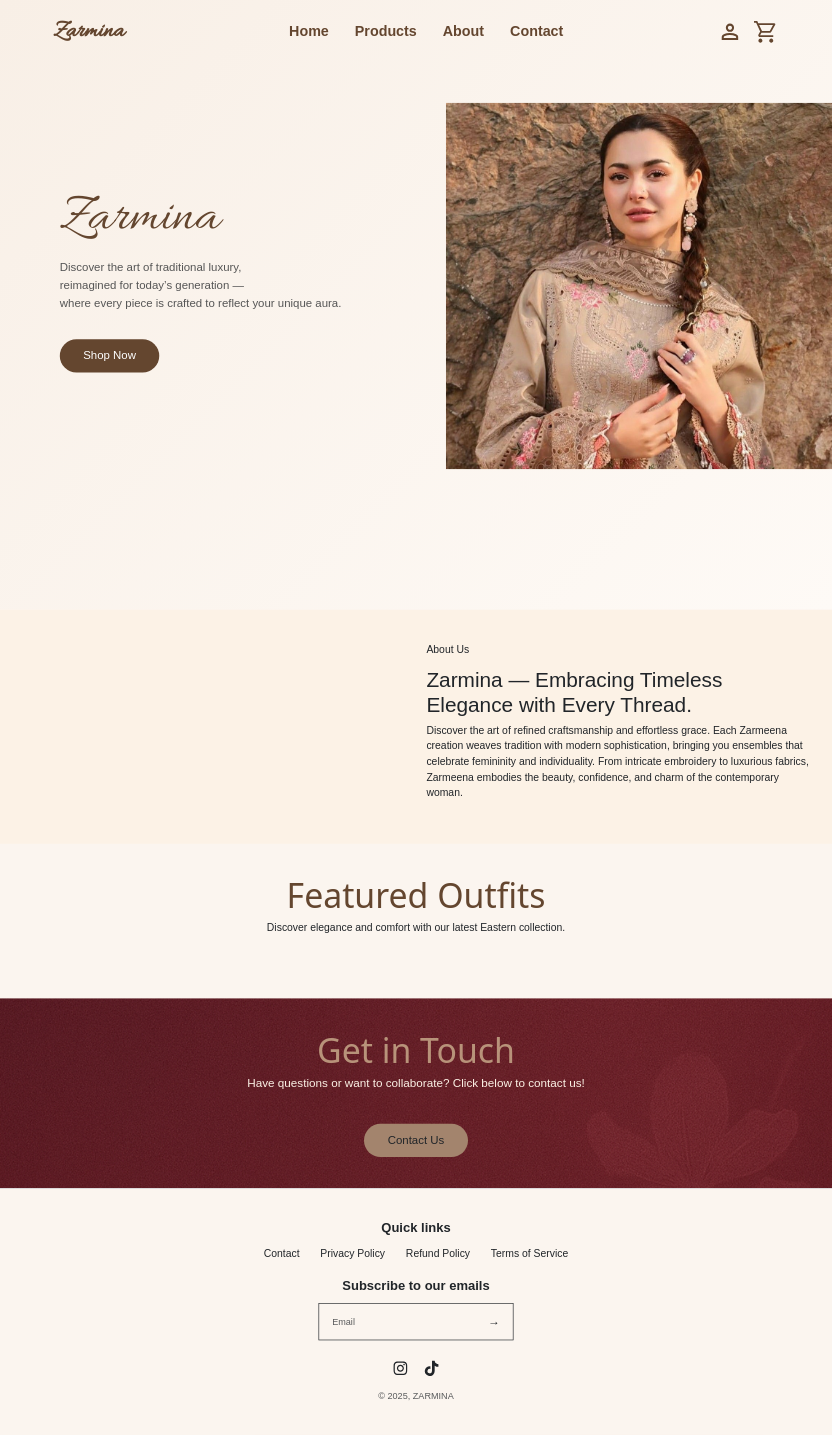
Repository: ayeshatehreem77/Clothing-store
Page: / (app in perfumes-app/)
The author's editor kept a copy of each file at every save. The page is drawn from the files as they stood at one save, then again after the next save.
The browser window is 1280 px wide. The pictures show the whole page, at 65% of full size.
The pointer rests on the first visible `.contact-btn`.
Pictures or frames that could not be fetched are drawn as grey boxes. The page's requests for data from a server got no answer. Some web fonts or font styles are not loaded; a fallback is used. The project was rebuilt for these pictures with package versions that can differ from the ones it lists, and the page was loaded fresh each time. No one was signed in, and anything a server would have sent is missing. Also part of the build but not shown: perfumes-app/src/components/Alert.js, perfumes-app/src/components/Reviews.js, perfumes-app/src/components/FeedbackForm.js.

Above is the page before, as saved 2025-10-31 21:24:47.

After the next save:
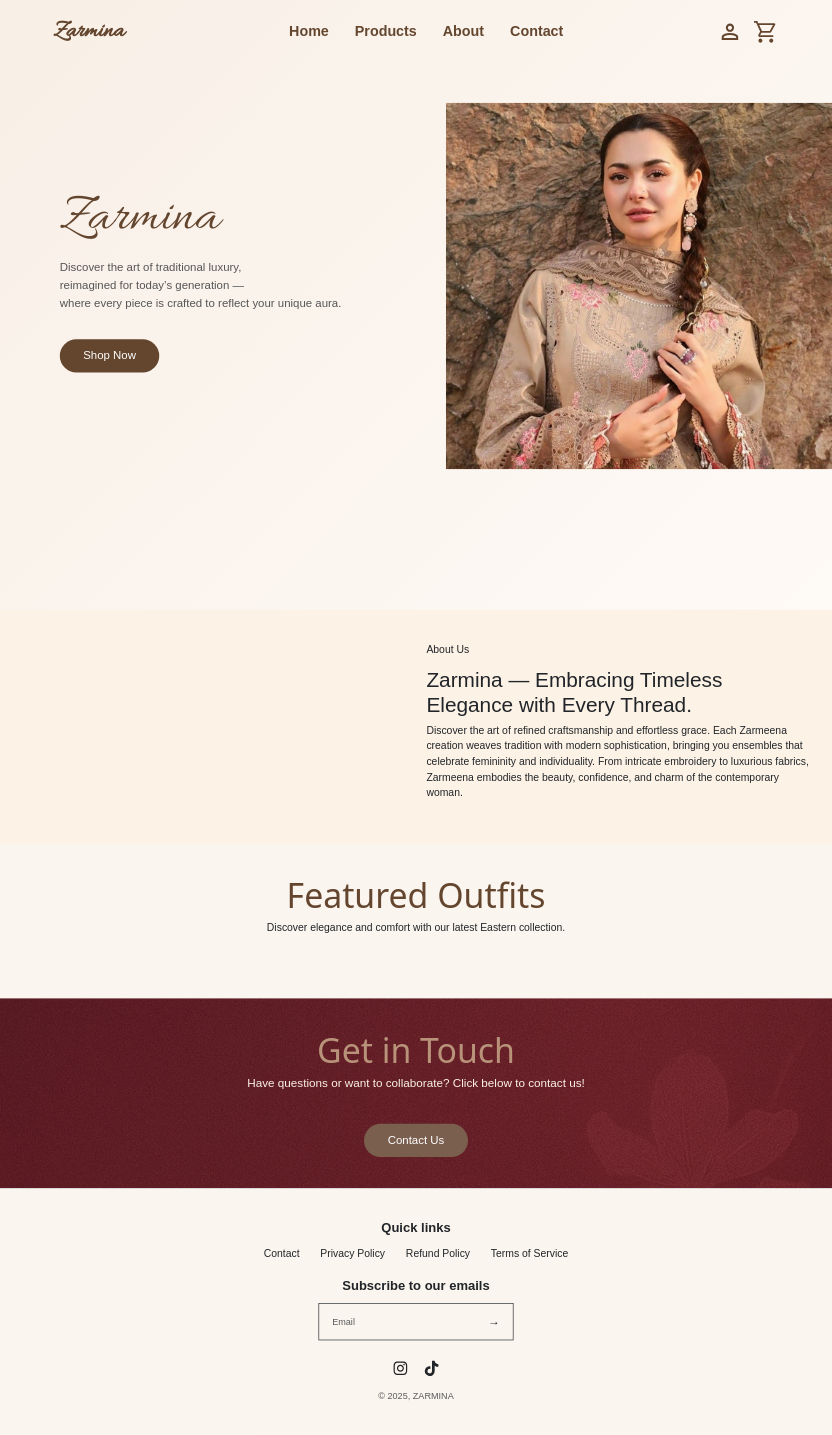
Saved 31 s later.
--- a/perfumes-app/src/App.css
+++ b/perfumes-app/src/App.css
@@ -370,6 +370,11 @@ button.navbar-toggler {
   background-color: #A3846D;
 }
 
+.contact-btn:hover {
+  background-color: #7a5e4e;
+  color: #fff;
+}
+
 .contact-form button {
   background-color: #D4B191;
   color: #451B27;
